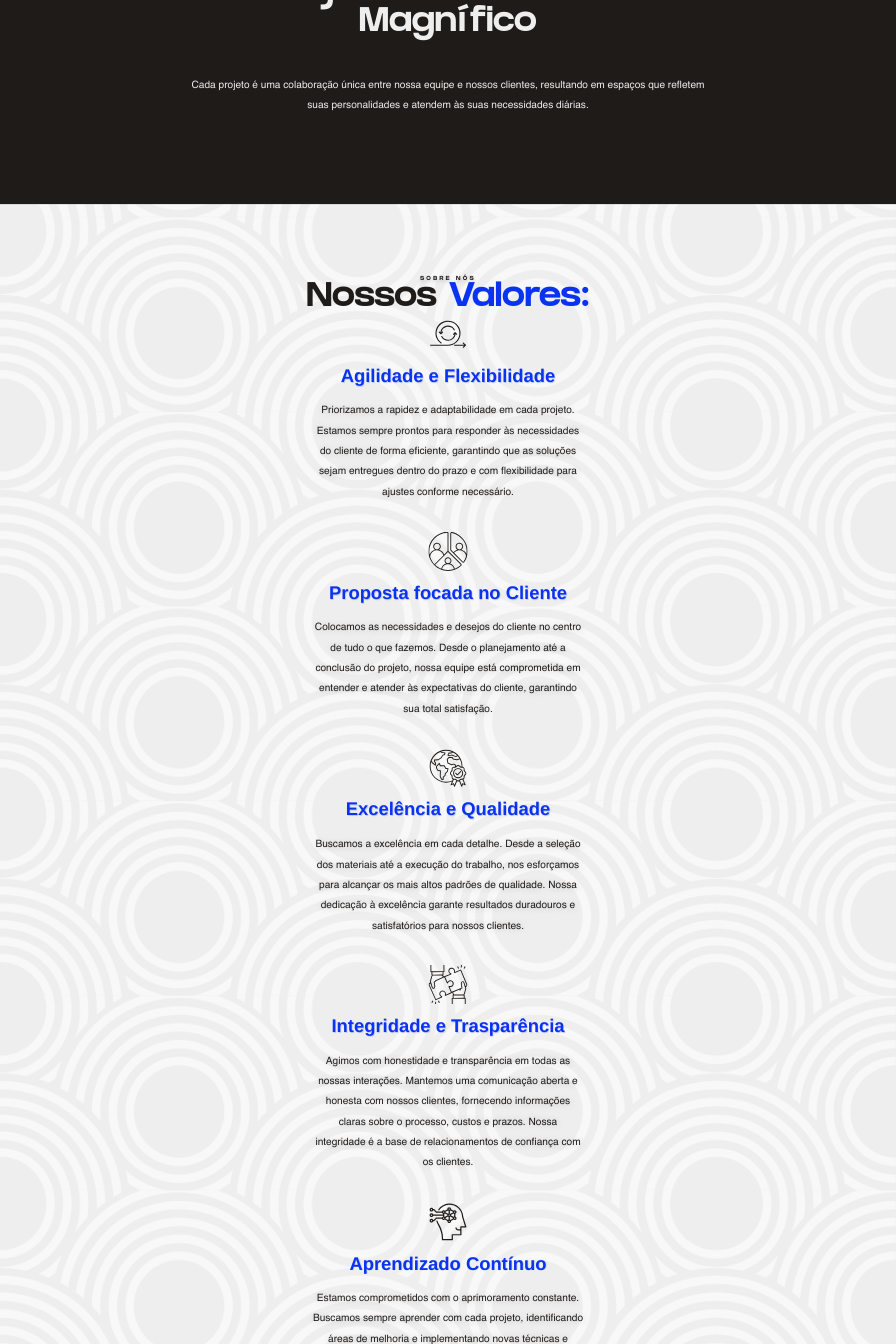
Repository: lucastdcs/ReforMar
Page: /portfolio
These files come from the project's save history. The page is drawn as it stood at one moment and after the next save; the edit follows.
The browser window is 1280 px wide. The pictures show the part of the page from y = 801 to 2721 px (the page is 6353 px tall before and 6311 px after), at 70% of full size.
Backgrounds fixed to the window are drawn as part of the page. The project was rebuilt for these pictures with package versions that can differ from the ones it lists, and the page was loaded fresh each time. Also part of the build but not shown: vite.config.js, src/Components/EmailPopUp/EmailPopUp.styled.js, src/Components/EmailPopUp/EmailPopUp.jsx, src/Components/Card/Card.styled.js, src/Components/Card/Card.jsx, src/Components/ServicesCard/ServicesCard.styled.js, src/Components/ServicesCard/ServicesCard.jsx, src/Components/Badges/Badges.styled.js and 9 more.

Above is the page before, as saved 2024-10-11 13:08:14.

After the next save:
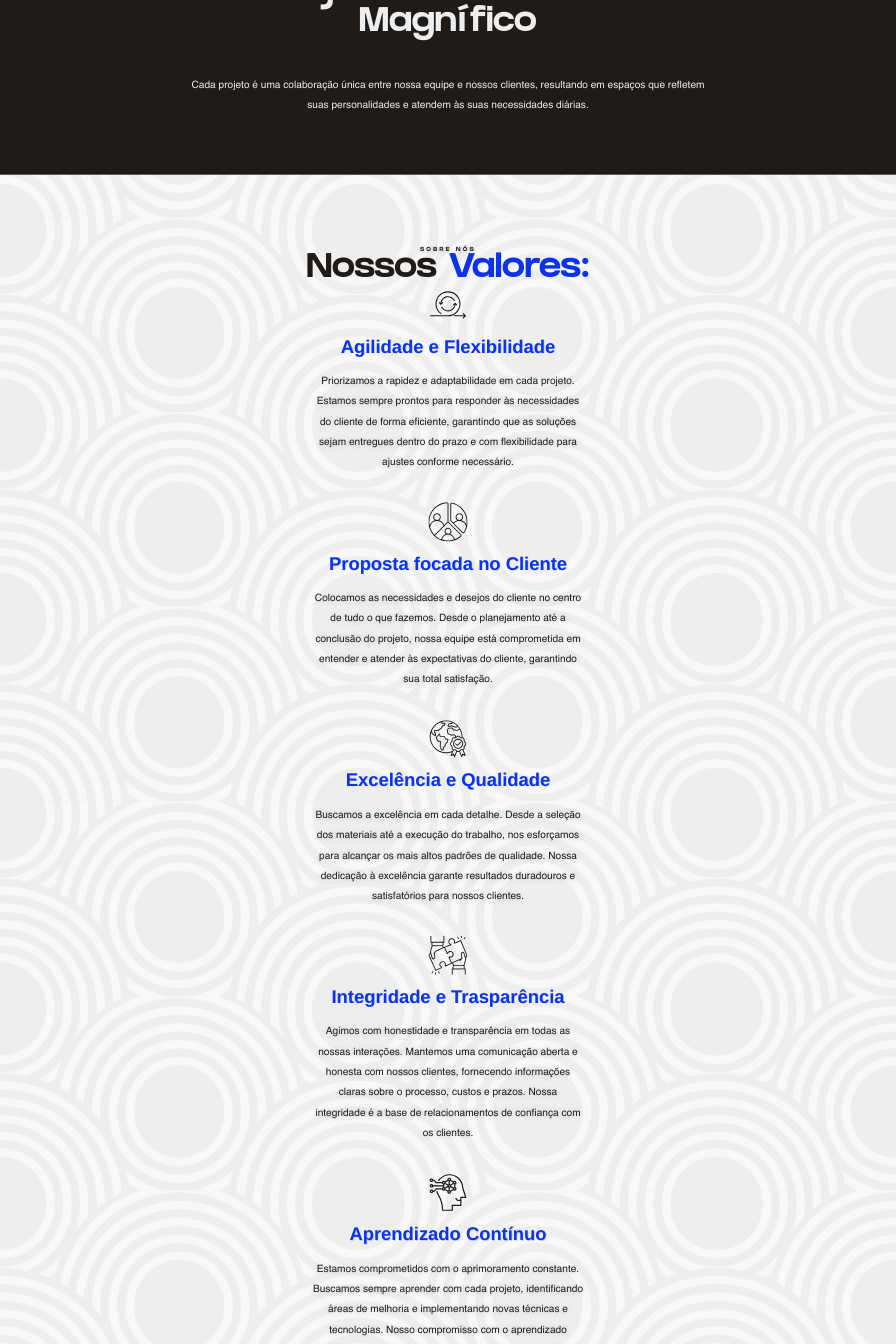
Saved 16 s later.
--- a/src/Pages/Portfolio.jsx
+++ b/src/Pages/Portfolio.jsx
@@ -124,7 +124,7 @@ const Portfolio = () => {
     const allProjects = [];
     let i = 1;
 
-    while (i < 20) {
+    while (i < 5) {
       const imageUrls = getImagesFromFolder(`projeto${i}`, 5);
       const mainImgs = getMainImagesFromFolder(`projeto${i}`);
 
